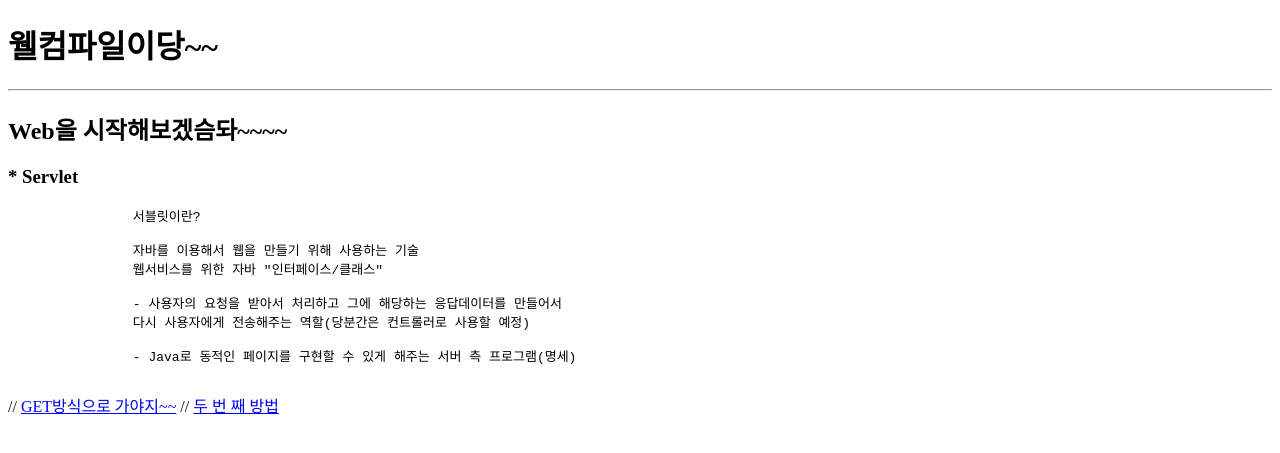
Repository: rlaehqkf/java_practice
Page: MyFirstWebProject/src/main/webapp/WEB-INF/index.html
An editor plug-in stored every save of this project. The page is shown before and after the next save, followed by the edit.
The browser window is 1280 px wide. The pictures show the whole page.

Above is the page before, as saved 2026-05-06 00:14:42.

### MyFirstWebProject/src/main/webapp/WEB-INF/index.html
<!DOCTYPE html>
<html>
<head>
<meta charset="UTF-8">
<title> HTML이다 </title>
</head>
<body>
	<h1>웰컴파일이당~~</h1>
	<!--
		1) 새 워크스페이스 생성 후 이클립스로 열기

		2) 작업 환경 구성

			2_1) 보여질 화면요소 구성

			2_2) 서버 실행환경 구성[Window - Preferences] (Server - Runtime Environments)
			이클립스 상에서 서버를 실행할 수 있도록 실행환경을 연동하는 과정
			Add 버튼 클릭 -> 설치한 ApacheTomcat과 동일한 버전을 선택 - > Next버튼 누르기
			-> Browse버튼 클릭 - > 설치한 톰캣 폴더까지 이동(bin폴더가 보여야함) -> Finish버튼 클릭

		3) 서버 생성하기[Servers]

			3_1) [Server] - [New] - [Server]

			3_2) 2_2번 작업을 하고 왔다면 기본적으로 Runtime이 잡혀있음

			3_3) Finish버튼 클릭

			3_4) 서버 세팅하기(만들어진 서버를 더블 클릭)

				3_4_1) 왼쪽 하단에 ServerOptions탭이 있음 -> Serve Module Publishing 체크박스를 체크
				=> 체크를 안하면 file upload / download 경로 지정이 운영체제 상 숨김폴더로 지정

				3_4_2) 포트번호 충돌을 방지하기 위해서 포트번호 재설정 -> 작업이 끝나면 반드시 저장

		4) Dynamic Web Project만들기 [Project Explorer - new]

			4_1) 프로젝트명 작성하기 - Next버튼 클릭

			4_2) default output folder 경로 재설정 :
				src/main/webapp/WEB-INF/classes
			=> classes 폴더 안에 컴파일이 끝난 .class파일이 들어감
			WEB-INF안에 만들어두지 않으면 외부에서 접근이 가능하기 때문에 보안상 취약하다
			- Next버튼 클릭

			4_3) Context root : 애플리케이션만의 고유한 별칭으로 만들어줌(기본값 : 프로젝트 명)
			재정의 해서 쓰는것이 일반적임 실제로 매우 자주 바뀜
			=> 하나의 서버로 여러 개의 애플리케이션을 구동할 수 있음
			고유한 이름을 통해 애플리케이션에 요청을 보내는 경로로 사용할 수 있음

			content Directory : 실제 배포되는 폴더(서버에 올라가는 폴더)의 최상위 폴더명
			=> 건들지 않음

			Generate web.xml deployment descriptor : 기본적으로 체크 X
			=> 현재 애플리케이션의 정보를 담는 파일 => 나는 죽었다 깨어나도 바꿀 일 없다 => 안만들어도 무방

			Finish 버튼 클릭

	 -->

	<hr>

	<h2>Web을 시작해보겠슴돠~~~~</h2>

	<h3>* Servlet</h3>

	<pre>
		서블릿이란?

		자바를 이용해서 웹을 만들기 위해 사용하는 기술
		웹서비스를 위한 자바 "인터페이스/클래스"

		- 사용자의 요청을 받아서 처리하고 그에 해당하는 응답데이터를 만들어서
		다시 사용자에게 전송해주는 역할(당분간은 컨트롤러로 사용할 예정)

		- Java로 동적인 페이지를 구현할 수 있게 해주는 서버 측 프로그램(명세)
	</pre>

	// <a href="http://localhost:8088/first/views/request_get.html">GET방식으로 가야지~~</a>
	// <a href="views/request_get.html">두 번 째 방법</a>


	<!--
		오늘 수업시간에 활용했던 request_get.html파일을 참고해서
		새롭게 html 및 a태그를 만들고
		사용자에게 form태그와 input요소를 이용해서 값을 10개(다양한 형태의) 입력 받은 후
		서블릿을 새로 만들고 콘솔창에 요청 시 전달값을 출력해보기
	 -->


	<a href="views/request_get.html">






















</body>
</html>

After the next save:
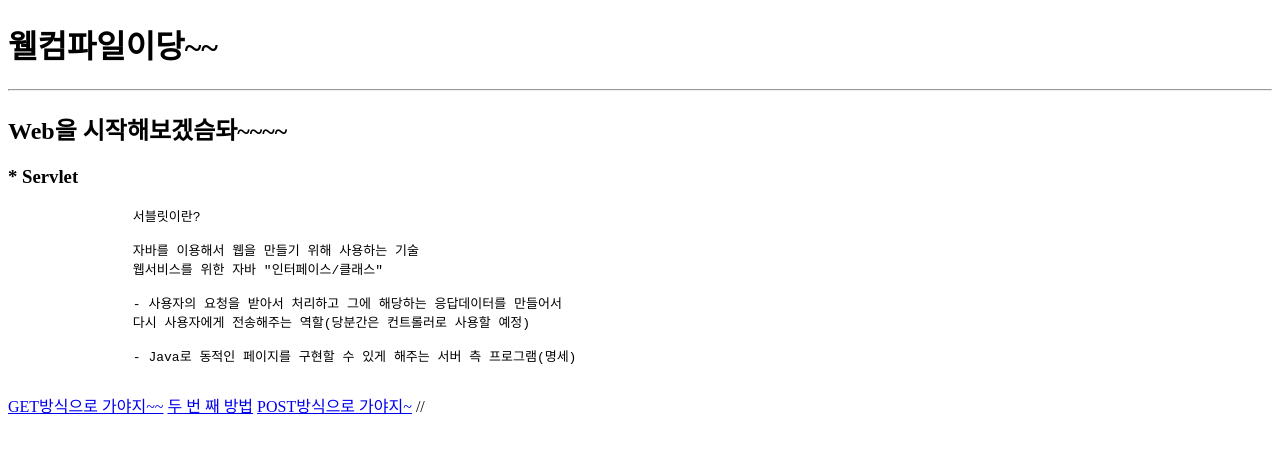
Saved 3 min 5 s later.
--- a/MyFirstWebProject/src/main/webapp/WEB-INF/index.html
+++ b/MyFirstWebProject/src/main/webapp/WEB-INF/index.html
@@ -76,9 +76,10 @@
 		- Java로 동적인 페이지를 구현할 수 있게 해주는 서버 측 프로그램(명세)
 	</pre>
 
-	// <a href="http://localhost:8088/first/views/request_get.html">GET방식으로 가야지~~</a>
-	// <a href="views/request_get.html">두 번 째 방법</a>
+	<a href="http://localhost:8088/first/views/request_get.html">GET방식으로 가야지~~</a>
+	<a href="views/request_get.html">두 번 째 방법</a>
 
+	<a href="http://localhost:8088/first/views/request_post.html"> POST방식으로 가야지~</a>
 
 	<!--
 		오늘 수업시간에 활용했던 request_get.html파일을 참고해서
@@ -88,7 +89,7 @@
 	 -->
 
 
-	<a href="views/request_get.html">
+	// <a href="views/request_get.html">
 
 
 
